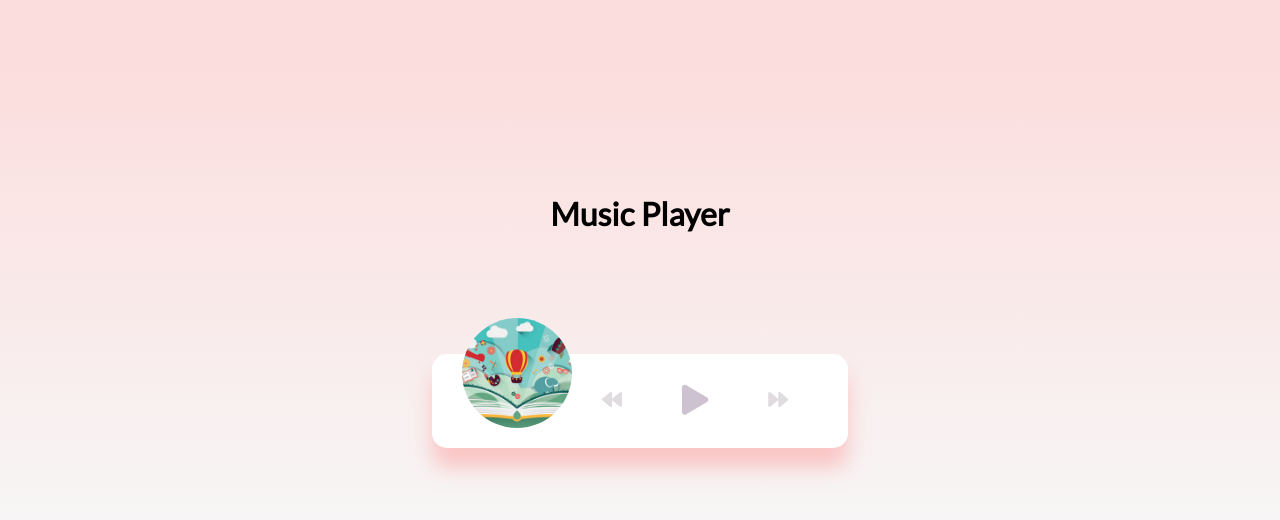
Repository: Youvelop/musicPlayer
Page: index.html
An editor plug-in stored every save of this project. The page is shown before and after the next save, followed by the edit.
The browser window is 1280 px wide. The pictures show the whole page.
Some web libraries are served in a nearby version.

Above is the page before, as saved 2020-07-08 08:14:55.

After the next save:
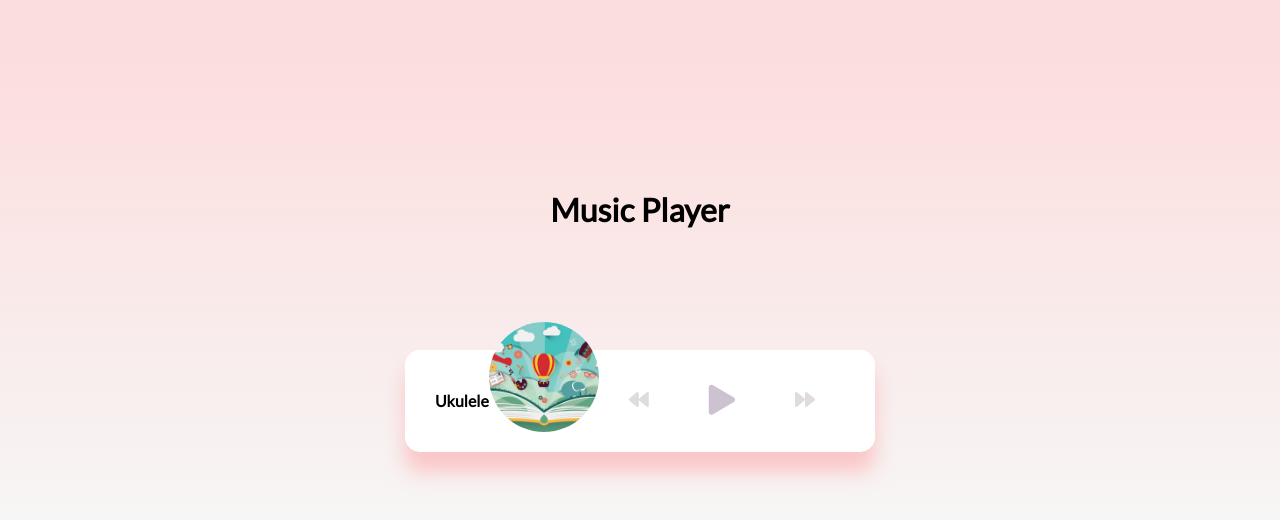
Saved 3 min 9 s later.
--- a/index.html
+++ b/index.html
@@ -14,7 +14,7 @@
     <h1>Music Player</h1>
     <div class="music-container" id="music-container">
       <div class="music-info">
-        <h4 id="title"></h4>
+        <h4 id="title">Ukulele</h4>
         <div class="progress-container" id="progress-container">
           <div class="progress" id="progress"></div>
         </div>

After the 2 saves that followed:
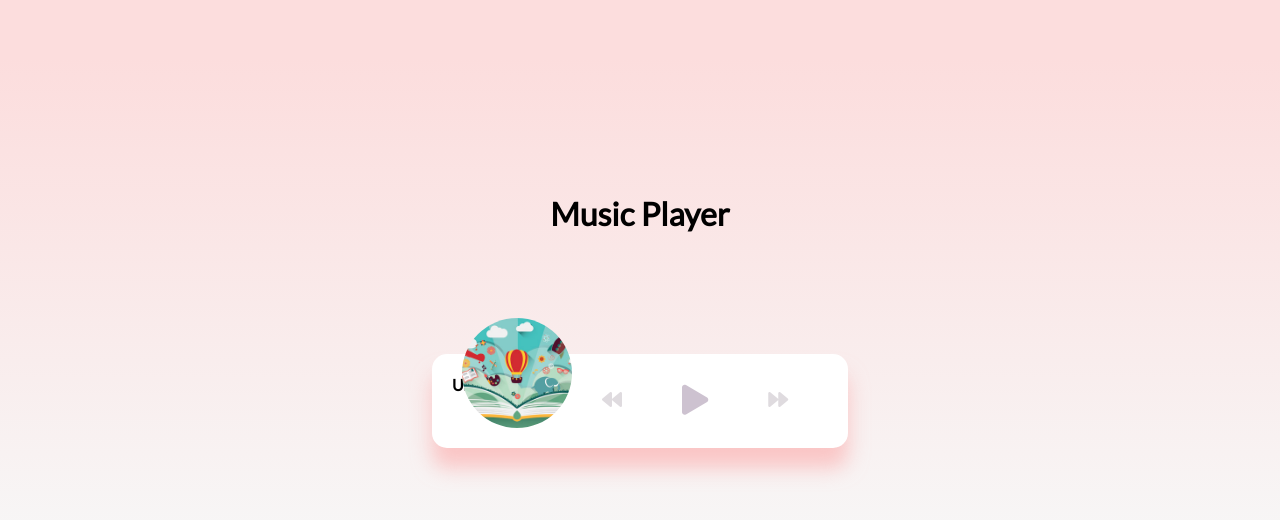
The 2 saves are shown as one change because 1 left the picture as it was.
The last was saved 2 min 1 s later.
--- a/style.css
+++ b/style.css
@@ -87,3 +87,12 @@ body {
 .action-btn:focus {
   outline: 0;
 }
+
+.music-info {
+  background-color: rgba(255, 255, 255, 0.5);
+  border-radius: 15px 15px 0 0;
+  position: absolute;
+  top: 0;
+  left: 20px;
+  transform: translateY(0%);
+}
